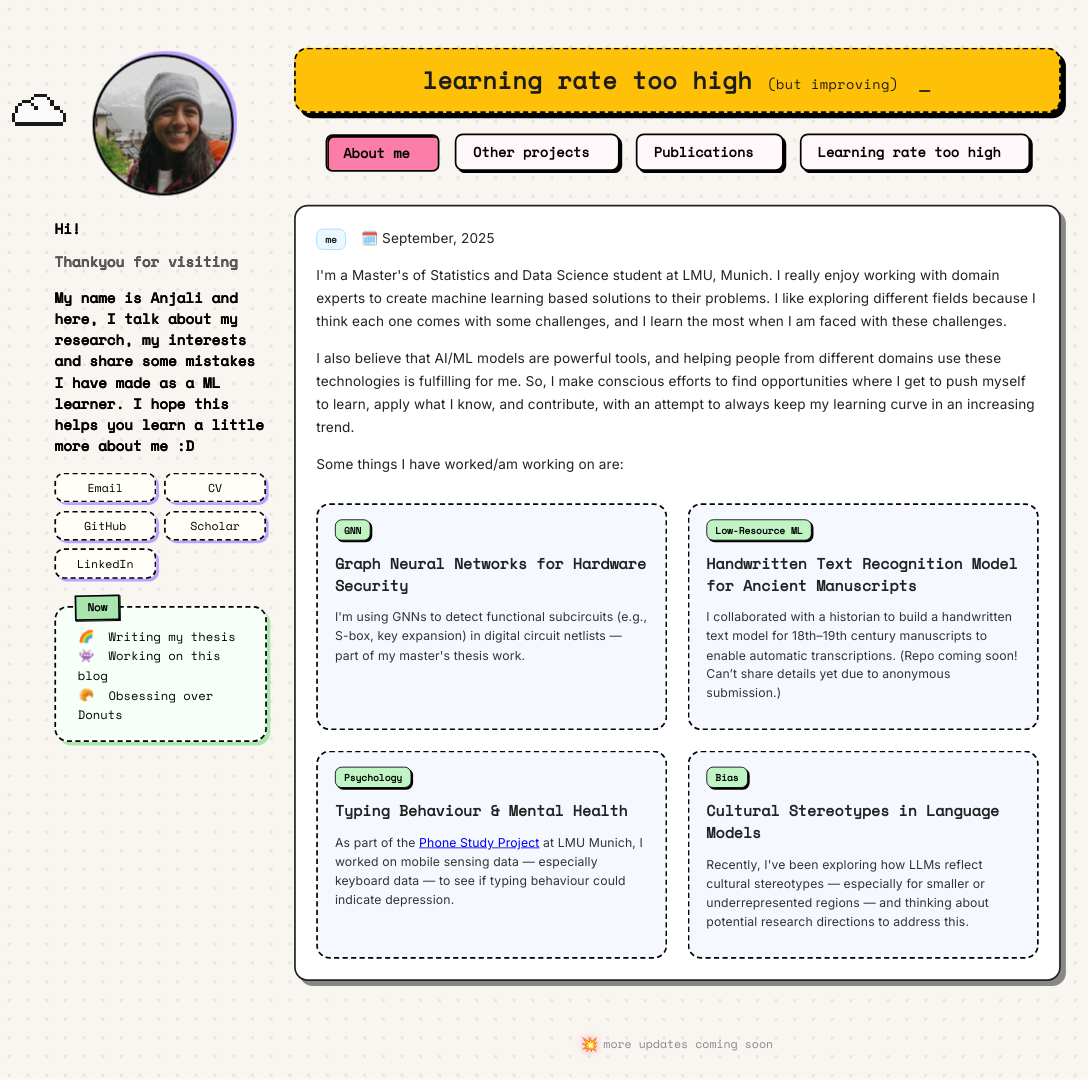
Repository: anjalisarawgi/learning_rate_too_high
Page: index.html
The author's editor kept a copy of each file at every save. The page is drawn from the files as they stood at one save, then again after the next save.
The browser window is 1280 px wide. The pictures show the whole page, at 85% of full size.

Above is the page before, as saved 2025-11-04 15:18:23.

After the next save:
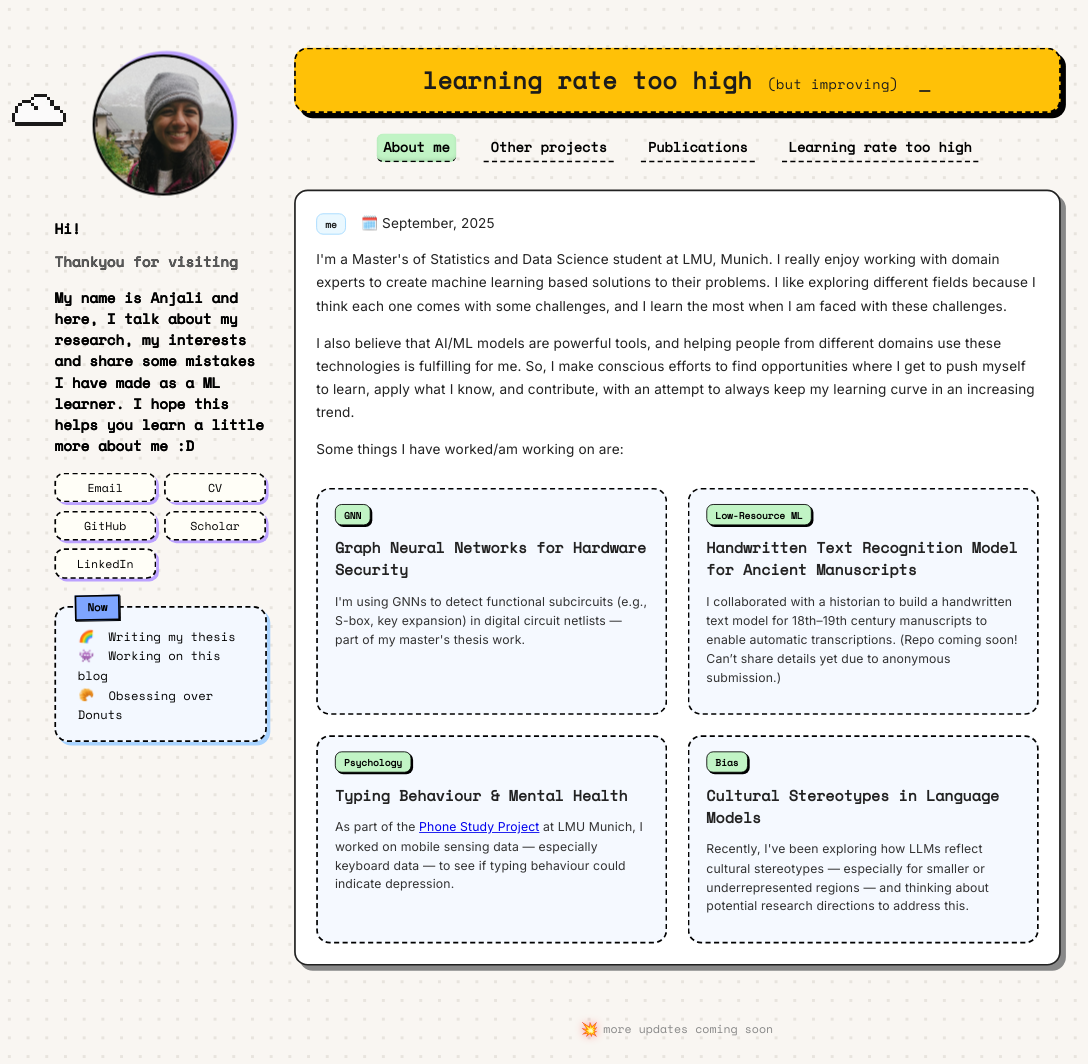
Saved 43 s later.
--- a/index.html
+++ b/index.html
@@ -432,12 +432,41 @@ footer .boom {
   background: #fff8e7;
 } */
 
+/* "Now" tab — fixed placement and better sizing */
+.now-block::before {
+  content: "Now";
+  position: absolute;
+  top: -0.9rem;
+  left: 1.4rem;
+  background: #FB7DA8;
+  border: 2px solid #000;
+  /* border-radius: 6px 6px 0 0; */
+  padding: 0.2rem 0.8rem 0.25rem;
+  font-size: 0.8rem;
+  font-weight: bold;
+  box-shadow: 1px 1px 0 #000;
+  transform: rotate(-1deg);
+}
+
+/* List styling */
+.now-block p {
+  margin: 0;
+  line-height: 1.6;
+  text-align: left;
+}
+
+.now-block .emoji {
+  margin-right: 0.5rem;
+  display: inline-block;
+  width: 1.2rem;
+  text-align: center;
+}
 .now-block {
   position: relative;
-  background: #F6FFF8; /* soft mint base */
+  background: #F3F8FF; /* soft sky-blue base */
   border: 2px dashed #000;
   border-radius: 1rem;
-  box-shadow: 4px 4px 0 #A9E6AE; /* fresh green shadow */
+  box-shadow: 4px 4px 0 #A8D3FF; /* pastel blue shadow */
   padding: 1.4rem 1.6rem 1.2rem 1.6rem;
   margin-top: 2rem;
   font-family: 'Space Mono', monospace;
@@ -452,7 +481,7 @@ footer .boom {
   position: absolute;
   top: -0.9rem;
   left: 1.4rem;
-  background: #A9E6AE; /* cheerful green label */
+  background: #7EA5FF; /* bright periwinkle label */
   border: 2px solid #000;
   padding: 0.2rem 0.8rem 0.25rem;
   font-size: 0.8rem;
@@ -472,60 +501,6 @@ footer .boom {
   display: inline-block;
   width: 1.2rem;
   text-align: center;
-}
-
-.now-block .emoji {
-  margin-right: 0.5rem;
-  display: inline-block;
-  width: 1.2rem;
-  text-align: center;
-}
-nav {
-  display: flex;
-  justify-content: center;
-  flex-wrap: wrap;
-  gap: 1.2rem;
-  margin: 1.5rem 0 2.5rem 0;
-}
-
-nav a {
-  position: relative;
-  text-decoration: none;
-  color: #000;
-  font-family: 'Space Mono', monospace;
-  font-weight: 600;
-  background: #FFF7FA; /* light pink-tinted white */
-  border: 2px solid #000;
-  border-radius: 0.6rem;
-  padding: 0.5rem 1.2rem;
-  box-shadow: 3px 3px 0 #000;
-  transition: all 0.15s ease;
-}
-
-nav a:hover {
-  background: #FFD4E3; /* playful rose hover */
-  transform: translate(-2px, -2px);
-  box-shadow: 5px 5px 0 #000;
-}
-
-nav a.active {
-  background: #FB7DA8; /* signature bright pink */
-  color: #000;
-  border: 2px solid #000;
-  box-shadow: 2px 2px 0 #000 inset;
-  transform: translate(1px, 1px);
-}
-
-/* cursor underscore */
-nav a::after {
-  content: "_";
-  opacity: 0;
-  margin-left: 0.25rem;
-  transition: opacity 0.2s ease;
-}
-
-nav a:hover::after {
-  opacity: 1;
 }
   </style>
 </head>
